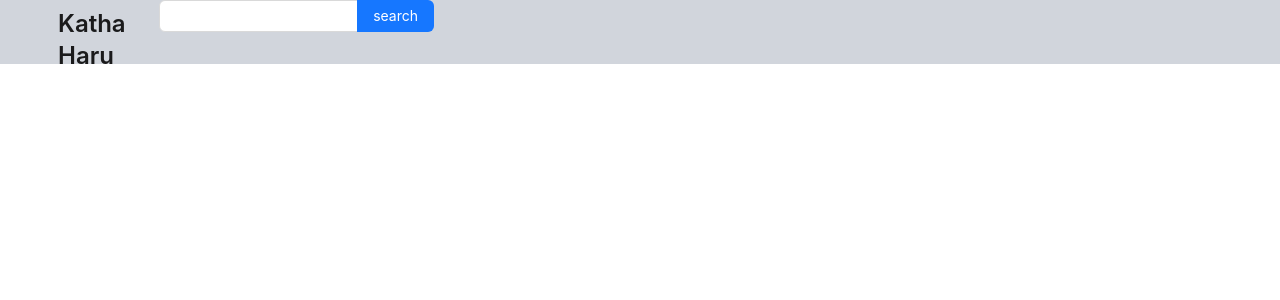
Repository: amich10/Blog_Frontend
Page: /user
An editor plug-in stored every save of this project. The page is shown before and after the next save, followed by the edit.
The browser window is 1280 px wide. The pictures show the whole page.
The project was rebuilt for these pictures with package versions that can differ from the ones it lists, and the page was loaded fresh each time. Also part of the build but not shown: vite.config.ts, src/pages/category/admin.category.tsx, src/services/user.service.tsx, src/pages/users/admin.user.list.tsx, src/components/input.component.tsx, src/pages/users/admin.adduser.tsx, src/pages/users/admin.user.edit.tsx, src/pages/category/add.category.tsx and 5 more.

Above is the page before, as saved 2025-04-25 12:06:21.

After the next save:
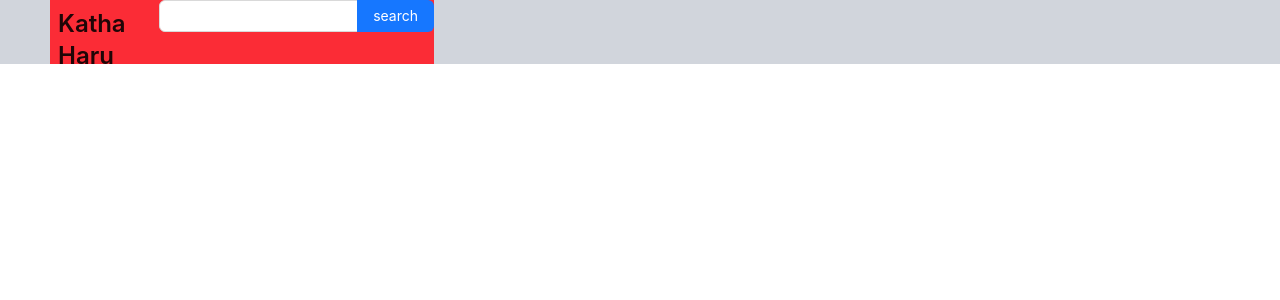
Saved 4 s later.
--- a/src/pages/user role/home page/user.header.tsx
+++ b/src/pages/user role/home page/user.header.tsx
@@ -8,8 +8,7 @@
   return (
     <>
     <Layout.Header className=' flex bg-gray-300! '>
-        <div className='flex w-96 justify-between bg-red-\
-        '>
+        <div className='flex w-96 justify-between bg-red-500'>
         <Typography.Title  level={3} className='p-2 font-serif'>Katha Haru</Typography.Title>
         <Input.Search enterButton="search"/>
         </div>
